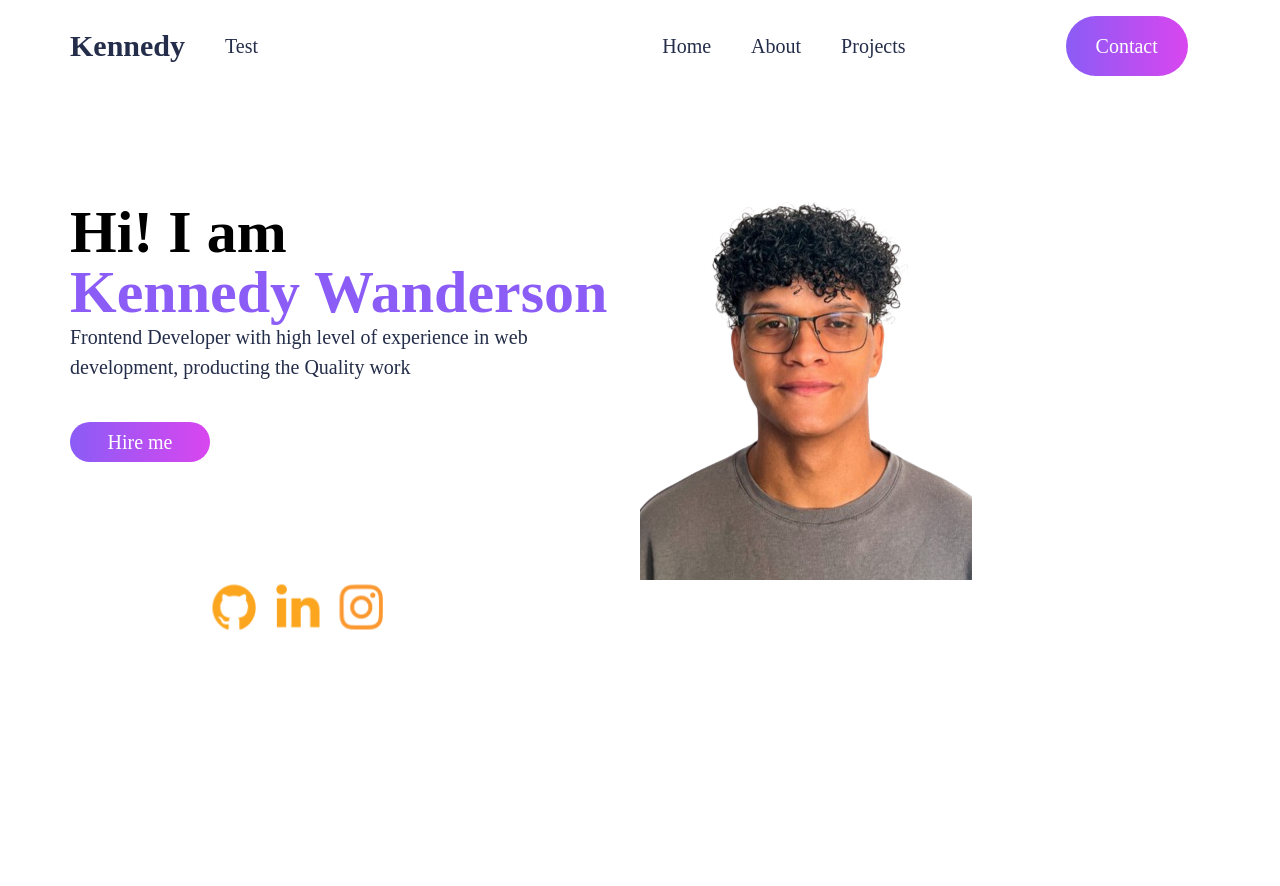
Repository: KennedyWanderson/portfolio
Page: /
An editor plug-in stored every save of this project. The page is shown before and after the next save, followed by the edit.
The browser window is 1280 px wide. The pictures show the whole page.
Some web fonts or font styles are not loaded; a fallback is used. The project was rebuilt for these pictures with package versions that can differ from the ones it lists, and the page was loaded fresh each time.

Above is the page before, as saved 2024-01-17 11:47:09.

After the next save:
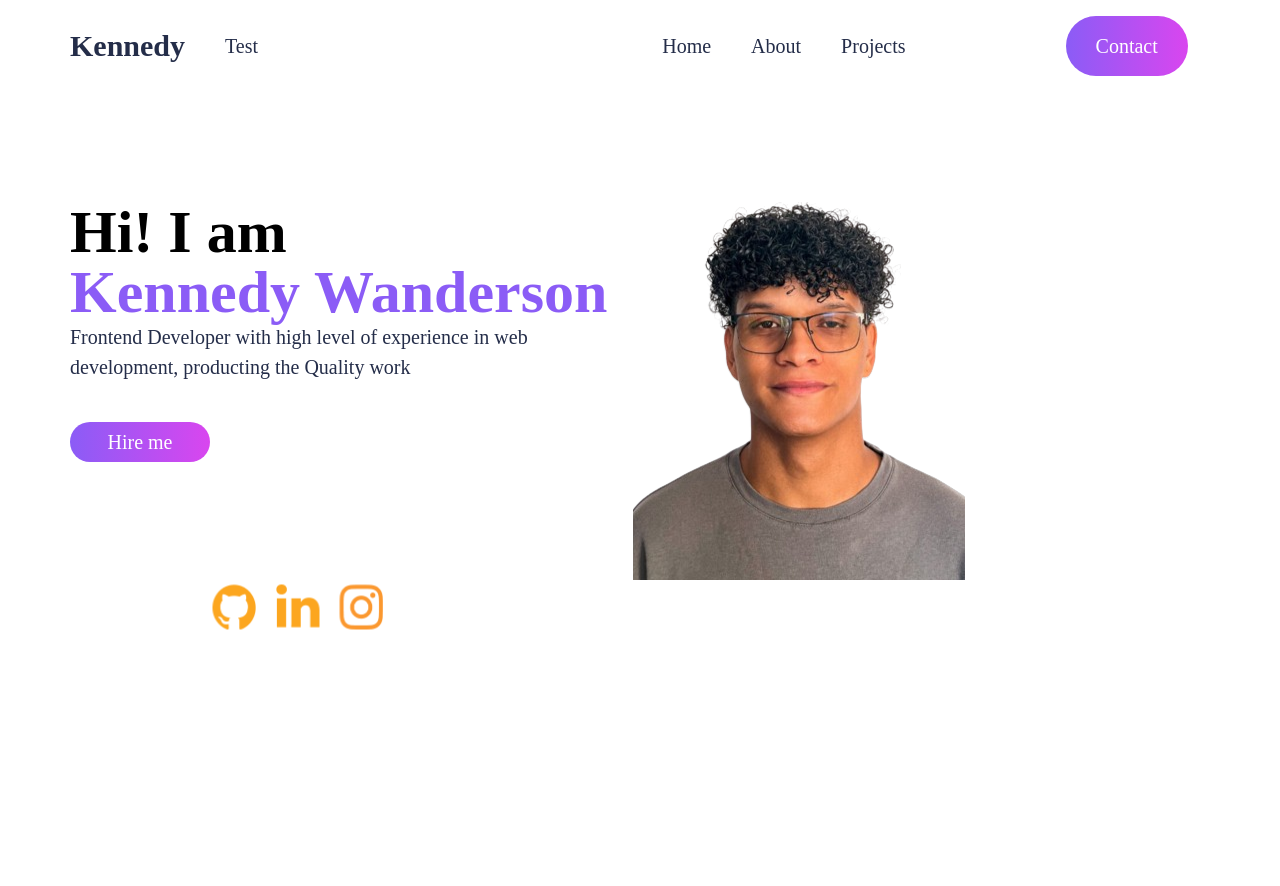
Saved 5 s later.
--- a/src/Components/About/About.jsx
+++ b/src/Components/About/About.jsx
@@ -33,7 +33,7 @@ const About = () => {
                 </div>
             </div>
             <div className="flex-1 relative">
-                <div className="z-[1] absolute left-15 ">
+                <div className="z-[1] absolute -left-1.5 ">
                     <img className="scale-145 " src={Profile} alt="" />
                 </div>
             </div>
